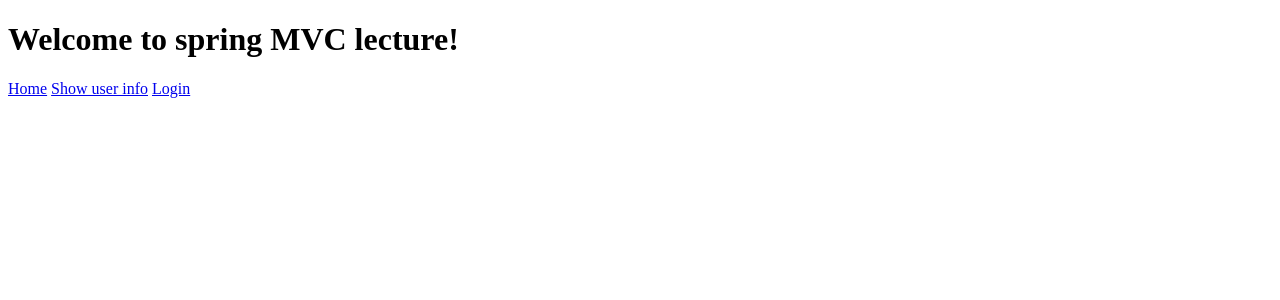
Repository: aaikinsm/FDM-Programs
Page: http://localhost/SpringMVCExample/
These files come from the project's save history. The page is drawn as it stood at one moment and after the next save; the edit follows.
The browser window is 1280 px wide. The pictures show the whole page.
The page is served by Tomcat 9.

Above is the page before, as saved 2017-06-01 16:08:55.

After the next save:
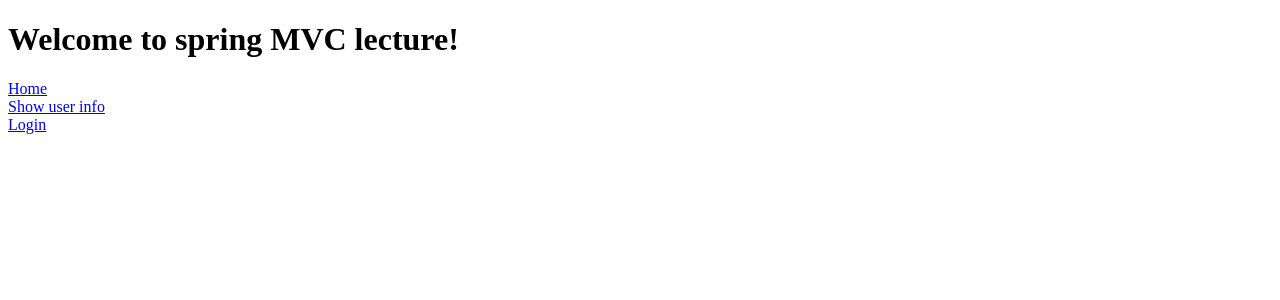
Saved 29 s later.
--- a/SpringMVCExample/WebContent/index.jsp
+++ b/SpringMVCExample/WebContent/index.jsp
@@ -8,8 +8,8 @@
 </head>
 <body>
 	<h1>Welcome to spring MVC lecture!</h1>
-	<a href="home">Home</a>
-	<a href="find/1">Show user info</a>
+	<a href="home">Home</a><br/>
+	<a href="find/1">Show user info</a><br/>
 	<a href="login">Login</a>
 </body>
 </html>
